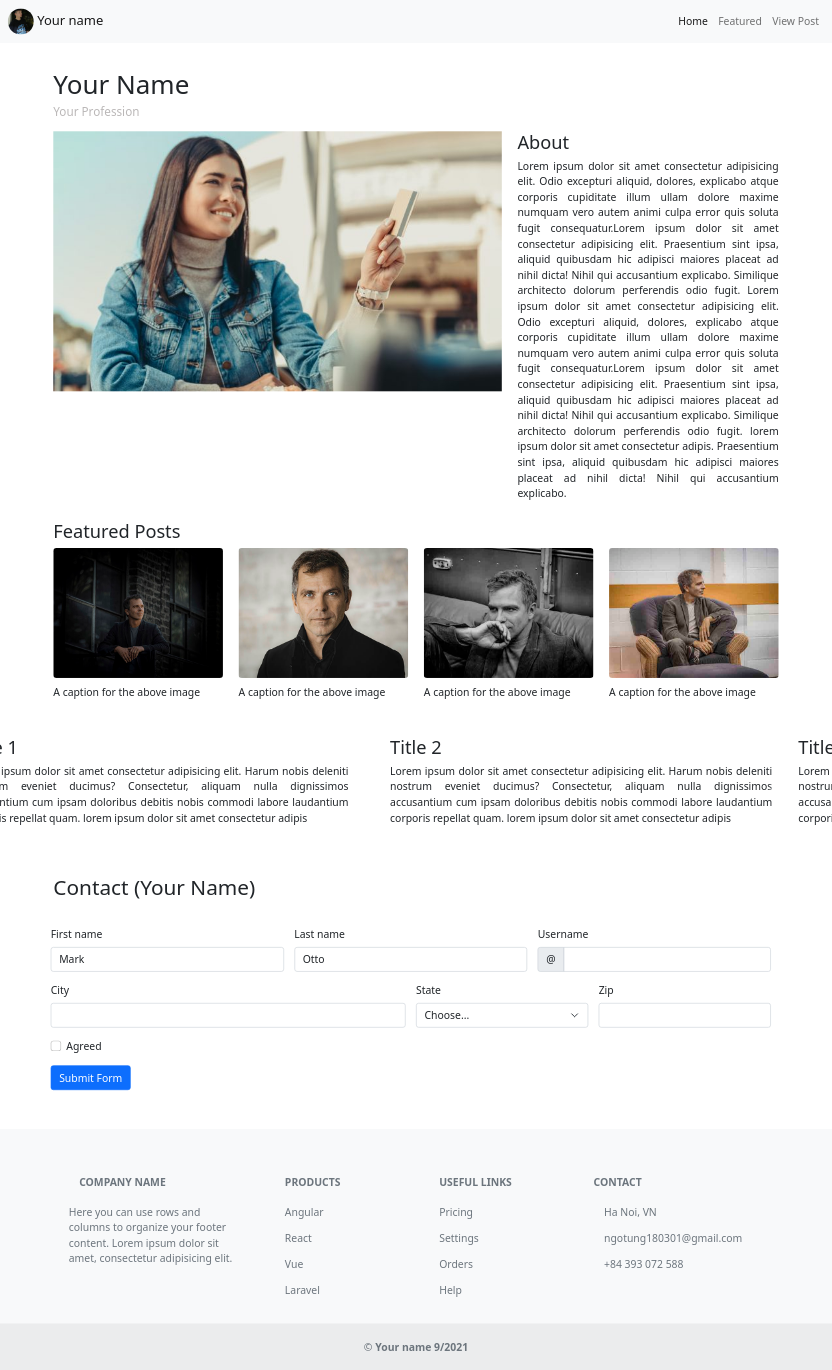
Repository: nvt01/72_1951061106_NgoVanTung
Page: BaiTh1/index.html
An editor plug-in stored every save of this project. The page is shown before and after the next save, followed by the edit.
The browser window is 1280 px wide. The pictures show the whole page, at 65% of full size.

Above is the page before, as saved 2021-12-01 10:51:53.

After the next save:
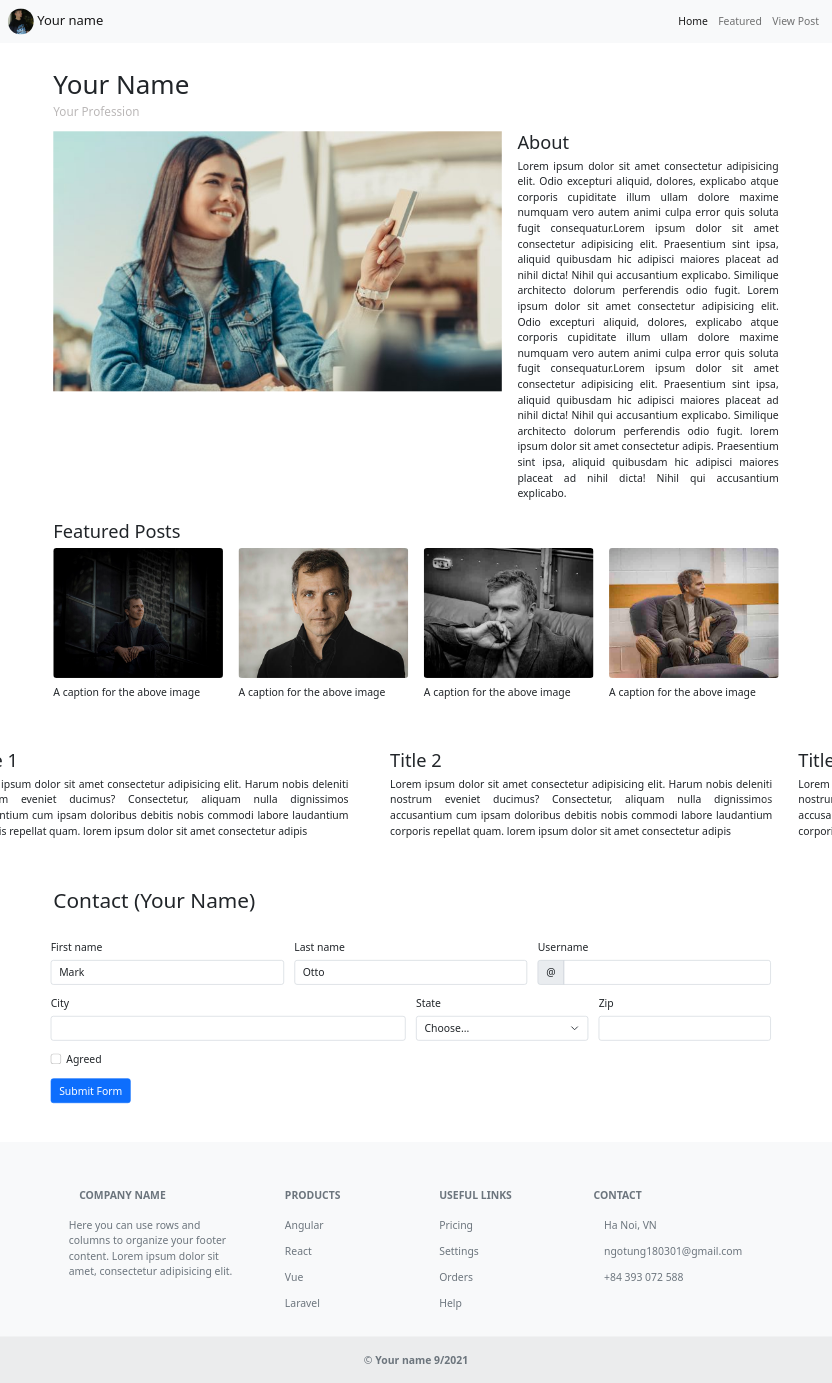
Saved 64 s later.
--- a/BaiTh1/style.css
+++ b/BaiTh1/style.css
@@ -74,6 +74,9 @@
         width: 100%;
         height: 200px;
     }
+    .content {
+        margin-top: 20px;
+    }
 }
 
 @media screen and (max-width: 374px) {

After the save that followed:
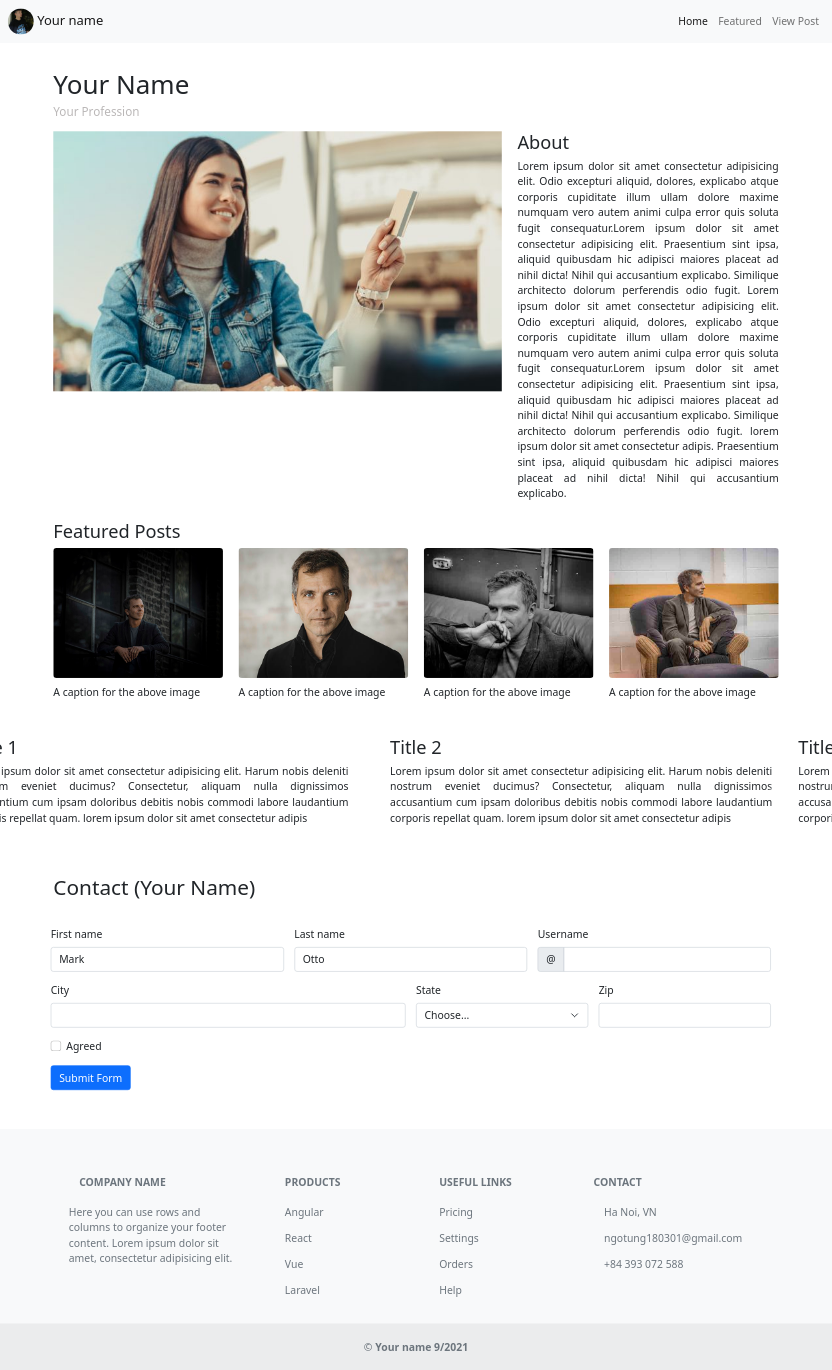
Saved 18 s later.
--- a/BaiTh1/style.css
+++ b/BaiTh1/style.css
@@ -75,7 +75,7 @@
         height: 200px;
     }
     .content {
-        margin-top: 20px;
+        margin-top: 0;
     }
 }
 
